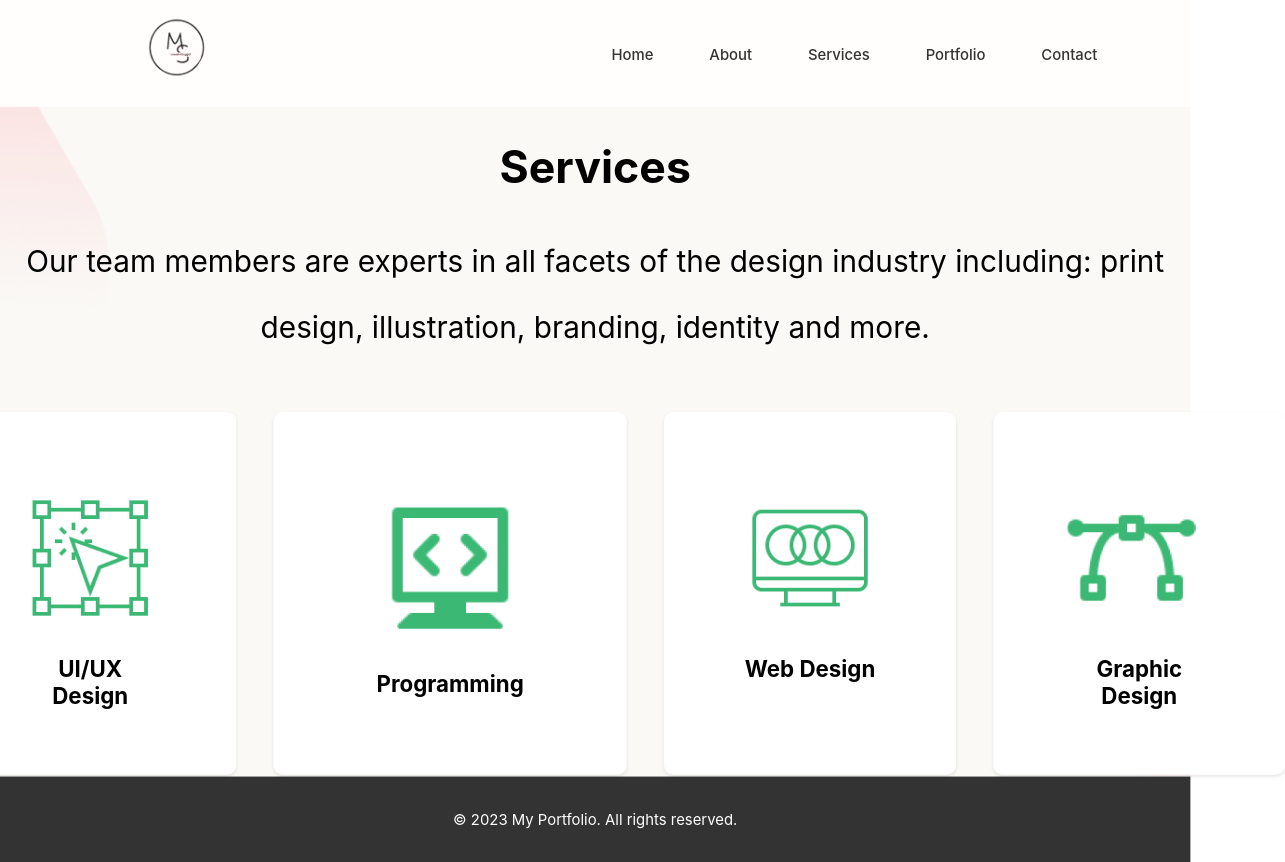
Repository: MEROO1010/Portfolio_00
Page: /services (app in portfolio_00/)
These files come from the project's save history. The page is drawn as it stood at one moment and after the next save; the edit follows.
The browser window is 1280 px wide. The page is 1382 px wide, so the pictures cover 1382 px, including what lies to the right of the window. The pictures show the whole page, at 93% of full size.
The project was rebuilt for these pictures with package versions that can differ from the ones it lists, and the page was loaded fresh each time. Also part of the build but not shown: portfolio_00/src/components/Home.jsx, portfolio_00/src/components/About.jsx, portfolio_00/src/components/Portfolio.jsx, portfolio_00/src/components/Contact.jsx.

Above is the page before, as saved 2024-11-19 10:30:56.

### portfolio_00/src/App.jsx
import React from 'react';
import { BrowserRouter, Route, Routes } from 'react-router-dom';
import Header from './components/Header';
import Home from './components/Home';
import About from './components/About';
import Services from './components/Services';
import Portfolio from './components/Portfolio';
import Contact from './components/Contact';
import Footer from './components/Footer';
// import GlobalStyle from './styles/global';

const App = () => {
  return (
    <BrowserRouter>
    <Header />
    <Routes>
      <Route path="/"  element={<Home />} />
      <Route path="/about"  element={<About />} />
      <Route path="/services" element={<Services  />} />

      <Route path="/portfolio" element={<Portfolio />} />
      <Route path="/contact" element={<Contact />} />
    </Routes>

    <Footer />
  </BrowserRouter>
  );
};

export default App;

### portfolio_00/src/features/counter/counterSlice.js
import { createAsyncThunk, createSlice } from '@reduxjs/toolkit';
import { fetchCount } from './counterAPI';

const initialState = {
  value: 0,
  status: 'idle',
};

// The function below is called a thunk and allows us to perform async logic. It
// can be dispatched like a regular action: `dispatch(incrementAsync(10))`. This
// will call the thunk with the `dispatch` function as the first argument. Async
// code can then be executed and other actions can be dispatched. Thunks are
// typically used to make async requests.
export const incrementAsync = createAsyncThunk(
  'counter/fetchCount',
  async (amount) => {
    const response = await fetchCount(amount);
    // The value we return becomes the `fulfilled` action payload
    return response.data;
  }
);

export const counterSlice = createSlice({
  name: 'counter',
  initialState,
  // The `reducers` field lets us define reducers and generate associated actions
  reducers: {
    increment: (state) => {
      // Redux Toolkit allows us to write "mutating" logic in reducers. It
      // doesn't actually mutate the state because it uses the Immer library,
      // which detects changes to a "draft state" and produces a brand new
      // immutable state based off those changes
      state.value += 1;
    },
    decrement: (state) => {
      state.value -= 1;
    },
    // Use the PayloadAction type to declare the contents of `action.payload`
    incrementByAmount: (state, action) => {
      state.value += action.payload;
    },
  },
  // The `extraReducers` field lets the slice handle actions defined elsewhere,
  // including actions generated by createAsyncThunk or in other slices.
  extraReducers: (builder) => {
    builder
      .addCase(incrementAsync.pending, (state) => {
        state.status = 'loading';
      })
      .addCase(incrementAsync.fulfilled, (state, action) => {
        state.status = 'idle';
        state.value += action.payload;
      });
  },
});

export const { increment, decrement, incrementByAmount } = counterSlice.actions;

// The function below is called a selector and allows us to select a value from
// the state. Selectors can also be defined inline where they're used instead of
// in the slice file. For example: `useSelector((state: RootState) => state.counter.value)`
export const selectCount = (state) => state.counter.value;

// We can also write thunks by hand, which may contain both sync and async logic.
// Here's an example of conditionally dispatching actions based on current state.
export const incrementIfOdd = (amount) => (dispatch, getState) => {
  const currentValue = selectCount(getState());
  if (currentValue % 2 === 1) {
    dispatch(incrementByAmount(amount));
  }
};

export default counterSlice.reducer;

### portfolio_00/src/components/Header.jsx
import React from 'react';
import styled from 'styled-components';
import { Link } from 'react-router-dom';
import ImageLogo from '../assets/white_logo.png';

const HeaderContainer = styled.header`
  background-color: #FFFEFD;
  padding: 10px 100px;
  display: flex;
  justify-content: space-between;
  align-items: center;
`;

const Logo = styled.h1`
  margin:4px;
  padding-left:40px;
`;

const NavLinks = styled .nav`
  display: flex;
  gap: 60px;
`;

const NavLink = styled(Link)`
  text-decoration: none;
  color: #333;
  font-weight: 500;

  &:hover {
    color: #3BB873;
  }
`;

const Header = () => {
  return (
    <HeaderContainer>
      <Logo><img src={ImageLogo} alt="Description of image" /></Logo>
      <NavLinks>
        <NavLink to="/">Home</NavLink>
        <NavLink to="/about">About</NavLink>
        <NavLink to="/services">Services</NavLink>
        <NavLink to="/portfolio">Portfolio</NavLink>
        <NavLink to="/contact">Contact</NavLink>
      </NavLinks>
    </HeaderContainer>
  );
};

export default Header;

### portfolio_00/src/components/Services.jsx
import React from "react";
import styled from "styled-components";
import UI_UX from "../assets/UI_UX.png";
import programming from "../assets/Programming.png";
import webdesign from "../assets/web_design.png";
import graphic_design from "../assets/graphic_design.png";
import bg3 from "../assets/services_bg.png";

const Container = styled.div`
  display: flex;
  justify-content: center;
  align-items: center;
  flex-direction: column;

  background-image: url(${bg3});
  background-position: center;
  background-size:cover;
  height: 100vh;

`;

const Title = styled.h1`
  font-size: 3rem;
  font-weight: bold;
  margin-bottom: 20px;
`;

const Subtitle = styled.p`
  font-size: 32px;
  margin-bottom: 40px;
  p{
    text-align: center;
  }
`;

const ServicesContainer = styled.div`
  display: flex;
  justify-content: space-between;
  width: 80%;
  max-width: 1000px;
  margin: 0 auto;
`;

const ServiceCard = styled.div`
  background-color: white;
  border-radius: 10px;
  padding: 80px;
  box-shadow: 0 2px 4px rgba(0, 0, 0, 0.1);
  text-align: center;
  width: 400px;
  height:230px;
  margin-right: 40px;
  right:200px;;
  position:relative;
  justify-content:space-around;
`;



const ServiceTitle = styled.h3`
  font-size: 1.5rem;
  font-weight: bold;
  margin-bottom: 10px;
`;

const Services = () => {
  return (
    <Container>
      <Title>Services</Title>
      <Subtitle>
        Our team members are experts in all facets of the design industry
        including: print<br/> <p>design, illustration, branding, identity and more.</p>
      </Subtitle>
      <ServicesContainer>
        <ServiceCard>
          <img src={UI_UX} alt="" />
          <ServiceTitle>UI/UX Design</ServiceTitle>
        </ServiceCard>
        <ServiceCard>
          <img src={programming} alt="" />
          <ServiceTitle>Programming</ServiceTitle>
        </ServiceCard>
        <ServiceCard>
          <img src={webdesign} alt="" />
          <ServiceTitle>Web Design</ServiceTitle>
        </ServiceCard>
        <ServiceCard>
          <img src={graphic_design} alt="" />
          <ServiceTitle>Graphic Design</ServiceTitle>
        </ServiceCard>
      </ServicesContainer>
    </Container>
  );
};

export default Services;

### portfolio_00/src/components/Footer.jsx
import React from 'react';
import styled from 'styled-components';

const FooterContainer = styled.footer`
  padding: 20px;
  background-color: #333;
  color: white;
  text-align: center;
`;

const Footer = () => {
  return (
    <FooterContainer>
      <p>&copy; 2023 My Portfolio. All rights reserved.</p>
    </FooterContainer>
  );
};

export default Footer;

Loaded but not shown: portfolio_00/public/index.html (common file); portfolio_00/src/index.js (common file); portfolio_00/src/app/store.js (common file); portfolio_00/src/reportWebVitals.js (common file); portfolio_00/src/index.css (common file); portfolio_00/src/features/counter/counterAPI.js (common file)

After the next save:
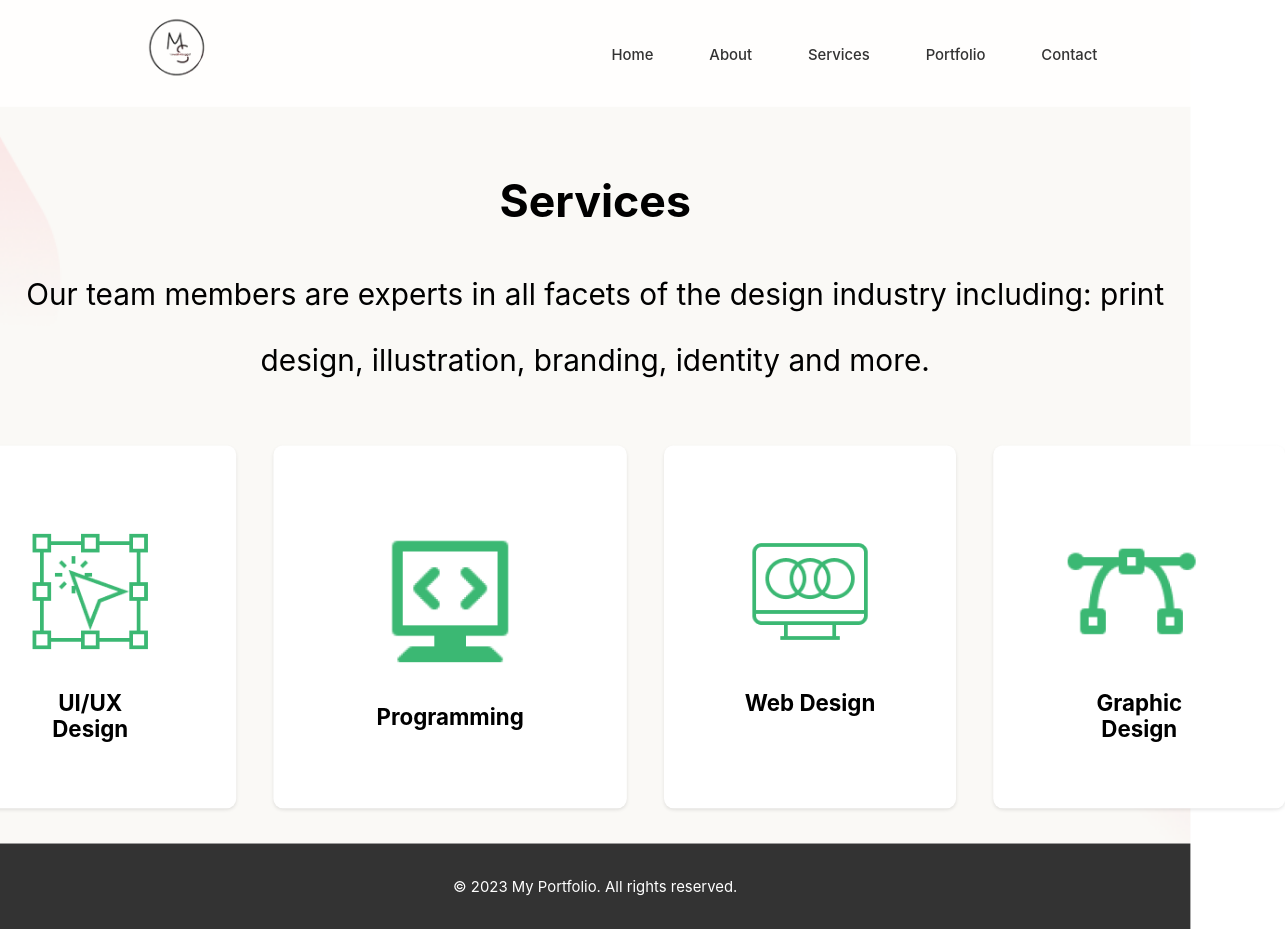
Saved 13 s later.
--- a/portfolio_00/src/components/Services.jsx
+++ b/portfolio_00/src/components/Services.jsx
@@ -15,7 +15,7 @@ const Container = styled.div`
   background-image: url(${bg3});
   background-position: center;
   background-size:cover;
-  height: 100vh;
+  height: 110vh;
 
 `;
 
